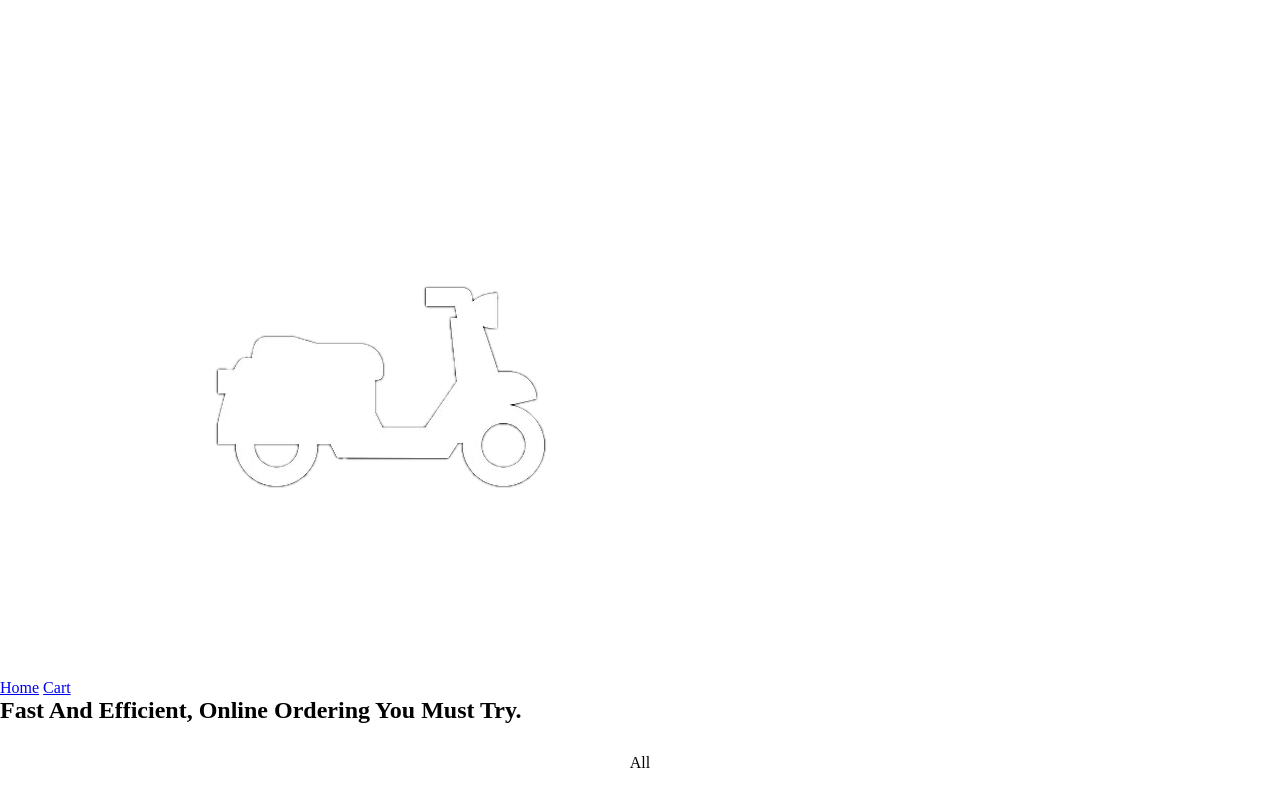
Repository: anastasia29-step/Online-Restaurant
Page: index.html
The author's editor kept a copy of each file at every save. The page is drawn from the files as they stood at one save, then again after the next save.
The browser window is 1280 px wide. The pictures show the whole page.

Above is the page before, as saved 2026-03-09 14:57:11.
Not found: app.js/

After the next save:
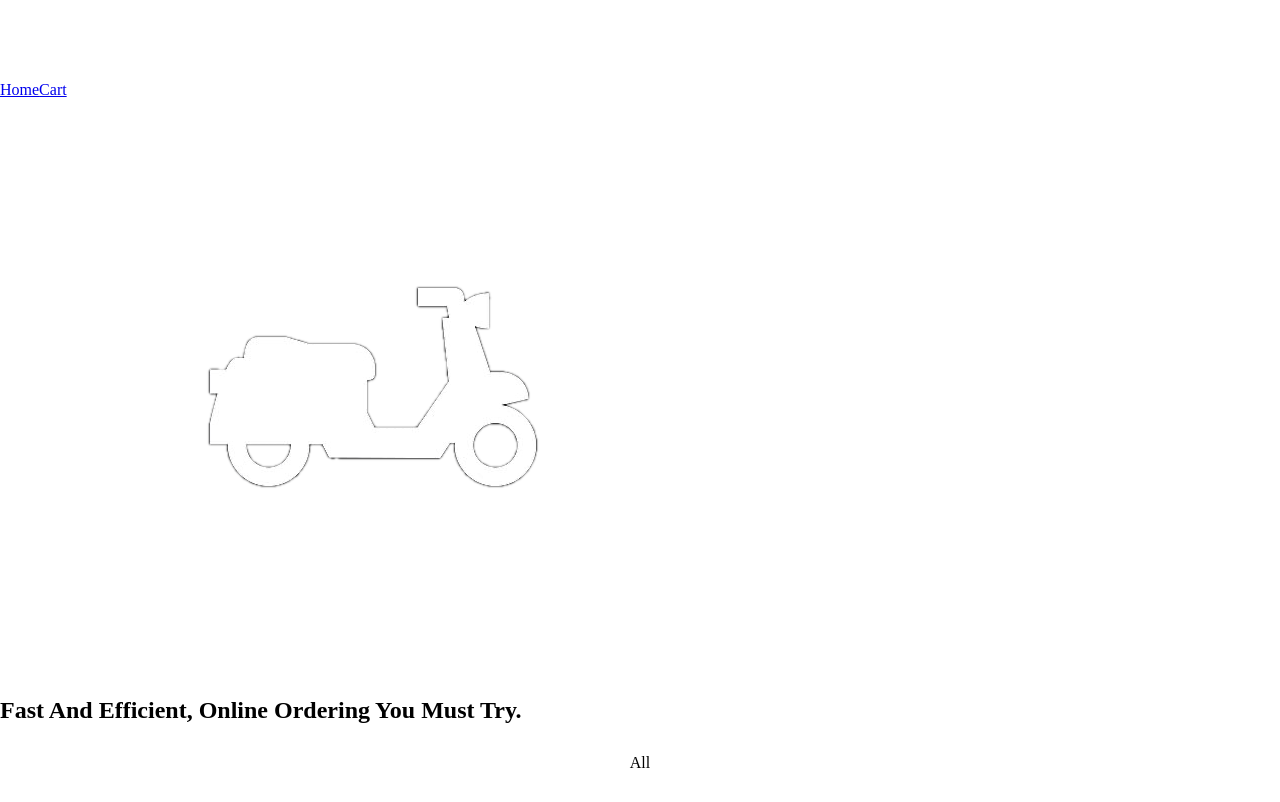
Saved 6 s later.
--- a/style.css
+++ b/style.css
@@ -13,7 +13,7 @@ ul {
     margin: 30px;
 }
 
-.left,. .right {
+.left, .right {
     display: flex;
 
 }
